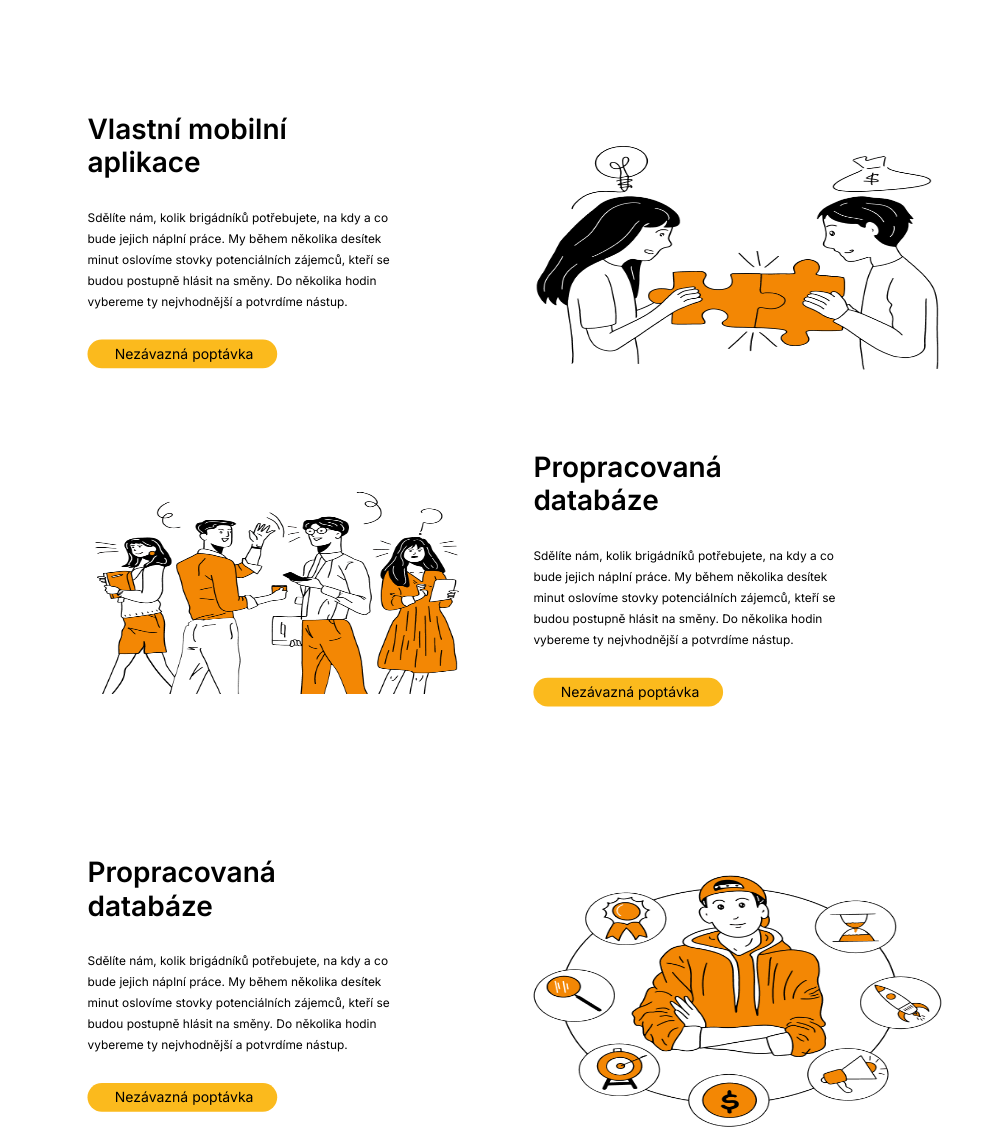
Repository: bilday08/bilday08.github.io
Page: page2.html
The author's editor kept a copy of each file at every save. The page is drawn from the files as they stood at one save, then again after the next save.
The browser window is 1280 px wide. The page is 1440 px wide, so the pictures cover 1440 px, including what lies to the right of the window. The pictures show the part of the page from y = 1393 to 3113 px (the page is 3003 px tall before and 3113 px after), at 70% of full size.

Above is the page before, as saved 2022-10-16 01:08:44.

### page2.html
<!DOCTYPE html>
<html>
<head>
    <meta charset= utf-8 />
    <meta http-equiv="X-UA-Compatible" content="IE=edge">
    <meta name="viewport" content="width=device-width, initial-scale=1.0">
    <link href="./reset.css" rel="stylesheet"/>
    <link href="./style2.css" rel="stylesheet"/>
    <link href="./responsive2.css" rel="stylesheet"/>
    <link
    rel="stylesheet"
    href="https://cdnjs.cloudflare.com/ajax/libs/font-awesome/6.2.0/css/all.min.css"
    integrity="sha512-xh6O/CkQoPOWDdYTDqeRdPCVd1SpvCA9XXcUnZS2FmJNp1coAFzvtCN9BmamE+4aHK8yyUHUSCcJHgXloTyT2A=="
    crossorigin="anonymous"
    referrerpolicy="no-referrer" />
    <title>aulinks2</title>
    <link rel="preconnect" href="https://fonts.googleapis.com">
    <link rel="preconnect" href="https://fonts.gstatic.com" crossorigin>
    <link href="https://fonts.googleapis.com/css2?family=Inter:wght@400;600;700;900&display=swap" rel="stylesheet">
    <link
    href="https://cdn.jsdelivr.net/npm/bootstrap@5.2.2/dist/css/bootstrap.min.css"
    rel="stylesheet"
    integrity="sha384-Zenh87qX5JnK2Jl0vWa8Ck2rdkQ2Bzep5IDxbcnCeuOxjzrPF/et3URy9Bv1WTRi"
    crossorigin="anonymous">
    <link
    href="https://cdn.jsdelivr.net/npm/bootstrap@5.2.2/dist/css/bootstrap.min.css"
    rel="stylesheet"
    integrity="sha384-Zenh87qX5JnK2Jl0vWa8Ck2rdkQ2Bzep5IDxbcnCeuOxjzrPF/et3URy9Bv1WTRi"
    crossorigin="anonymous">
</head>
<body>
    <div class="wrapper">
        <herder class="herder">
            <div class="container-top">
                <img srcset="./images/logo.png 2x" alt="#" class="herder-log"/>
                <div class="herder-log--2">
                    <img src="./images/Aulinks.png" alt="#" class="herder-log--line"/>
                    <img src="./images/Menu Rounded.png" alt="#" class="herder-log-menu">
                </div>
                <div class="herder-images">
                    <img src="./images/1.png" alt="#" class="herder-images--contact"/>
                </div>
                <div class="herder-phone">
                    <span class="herder-phone--text">Zavolejte nám:</span>
                    <span class="herder-phone--number">+420 607 205 862</span>
                </div>
                <div class="herder-button">
                    <a href="#" class="herder-button--brand">Zavolejte nám:</a>
                </div>
                <div class="herder-button--bottom">
                    <a href="#" class="herder-button--bottom1">O nas</a>
                    <a href="#" class="herder-button--bottom2">Naši partneři</a>
                    <a href="#" class="herder-button--bottom3">Služby</a>
                    <a href="#" class="herder-button--bottom4">Kontakty</a>
                </div>
                <div class="container-center">
                    <h1 class="herder-background--content1">Pracovití brigádníci do druhého dne</h1>
                    <p class="herder-background--content2">
                    Sdělíte nám, kolik brigádníků potřebujete, na kdy a co bude jejich náplní práce.
                    My během několika desítek minut oslovíme stovky potenciálních zájemců, kteří se
                    budou postupně hlásit na směny. Do několika hodin vybereme ty nejvhodnější a potvrdíme nástup.
                    </p>
                    <div class="herder-background--button">
                        <a href="#" class="herder-backgroud--button1">Nezávazná poptávka</a>
                    </div>
                    <div class="container-top--center">
                        <img src="./images/page2(1).png" alt="#" class="herder-images--top_center"/>
                    </div>
                <div class="center-button">
                    <a href="#" class="center-button--white">
                        <div class="center-button--first">
                            <span class="center-button--first1">150+</span>
                            <span class="center-button--first2">Nástupů denně</span>
                        </div>
                        <div class="center-button--second">
                            <span class="center-button--second1">>30%</span>
                            <span class="center-button--second2">Fluktuace</span>
                        </div>
                        <div class="center-button--third">
                            <span class="center-button--third1">13</span>
                            <span class="center-button--third2">Měst</span>
                        </div>
                    </a>
                </div>
        </herder>
        <main>
            <section class="service">
                <div class="container-fluid">
                    <div class="service-item">
                        <div class="service-content">
                            <h2 class="global-heading">Vlastní mobilní aplikace</h2>
                            <div class="global-text">
                                Sdělíte nám, kolik brigádníků potřebujete, na kdy a co bude jejich náplní práce.
                                My během několika desítek minut oslovíme stovky potenciálních zájemců,
                                kteří se budou postupně hlásit na směny. Do několika hodin vybereme ty nejvhodnější
                                a potvrdíme nástup.
                            </div>
                            <a href="#" class="service-button--first">Nezávazná poptávka</a>
                            <div class="service-images">
                                <img src="./images/page2(2).png" alt="#" class="service-images--first"/>
                            </div>
                        </div>
                    </div>
                    <div class="service-item2">
                        <div class="service-content2">
                            <div class="service-images">
                                <img src="./images/page2(3).png" alt="#" class="service-images--sencond"/>
                            </div>
                            <h2 class="global-heading2">Propracovaná databáze</h2>
                            <div class="global-text2">
                                Sdělíte nám, kolik brigádníků potřebujete, na kdy a co bude jejich náplní práce.
                                My během několika desítek minut oslovíme stovky potenciálních zájemců,
                                kteří se budou postupně hlásit na směny. Do několika hodin vybereme ty nejvhodnější
                                a potvrdíme nástup.
                            </div>
                            <a href="#" class="service-button--second">Nezávazná poptávka</a>
                        </div>
                    </div>
                    <div class="service-item3">
                        <div class="service-content">
                            <h2 class="global-heading">Propracovaná databáze</h2>
                            <div class="global-text">
                                Sdělíte nám, kolik brigádníků potřebujete, na kdy a co bude jejich náplní práce.
                                My během několika desítek minut oslovíme stovky potenciálních zájemců,
                                kteří se budou postupně hlásit na směny. Do několika hodin vybereme ty nejvhodnější
                                a potvrdíme nástup.
                            </div>
                            <a href="#" class="service-button--first">Nezávazná poptávka</a>
                            <div class="service-images">
                                <img src="images/page2(4).png" alt="#" class="service-images--first"/>
                            </div>
                        </div>
                    </div>
                </div>
<script
src="https://cdn.jsdelivr.net/npm/@popperjs/core@2.11.6/dist/umd/popper.min.js"
integrity="sha384-oBqDVmMz9ATKxIep9tiCxS/Z9fNfEXiDAYTujMAeBAsjFuCZSmKbSSUnQlmh/jp3"
crossorigin="anonymous"></script>
<script
src="https://cdn.jsdelivr.net/npm/bootstrap@5.2.2/dist/js/bootstrap.min.js"
integrity="sha384-IDwe1+LCz02ROU9k972gdyvl+AESN10+x7tBKgc9I5HFtuNz0wWnPclzo6p9vxnk"
crossorigin="anonymous"></script>
</body>
</html>

### style2.css
*{
    box-sizing: border-box;
    font-family: 'Inter', sans-serif;
    margin: 0;
    padding: 0;
}
.wrapper{
    max-width: 1440px;
}
  /*hedder*/
.container-top{
    max-width: 1440px;
    height: 410px;
    background-image: url(./images/Rectangle\ 8\ \(7\).png);
    background-repeat: no-repeat;
    background-size: auto;
    position: absolute;
}
.herder-log{
    position: absolute;
    width: 78px;
    height: 71px;
    margin-top: 60px;
    margin-left: 114px;
}
.herder-log--line{
    width: 130px;
    height: 30px;
    margin-left: 192px;
    margin-top: 91px;
}
.herder-log-menu{
    width: 30px;
    height: 30px;
    display: none;
}
.herder-images--contact{
    width: 308.12px;
    height: 81.11px;
    margin-left: 407px;
    margin-top: -50px;
}
.herder-phone--text{
    display: block;
    width: 145px;
    height: 30px;
    font-weight: 400;
    font-size: 20px;
    line-height: 24px;
    color: black;
    margin-left: 807px;
    margin-top: -79px;
    margin-right: 491px;
}
.herder-phone--number{
    display: block;
    width: 185px;
    height: 24px;
    font-weight: 700;
    font-size: 20px;
    line-height: 24px;
    color: #FBBA1D;
    margin: 4px 455px 0 800px;
}
.herder-button--brand{
   text-align: center;
   text-decoration: none;
   padding: 8px 39px;
   color: black;
   background-color: #FBBA1D;
   width: 223px;
   height: 41px;
   font-weight: 400;
   font-size: 20px;
   line-height: 24px;
   border-radius: 30px;
   margin-top: -39px;
   margin-left: 1070px;
   display: block;
}
.herder-button--bottom1{
   text-decoration: none;
   text-align: center;
   display: block;
   color: black;
   background-color: white;
   padding: 7px 35px;
   width: 130px;
   height: 40px;
   font-weight: 400;
   font-size: 20px;
   line-height: 24px;
   border-radius: 30px;
   border: 1px solid #000000;
   margin-top: 60px;
   margin-left: 114px;
}
.herder-button--bottom2{
   text-decoration: none;
   text-align: center;
   display: block;
   color: black;
   background-color: white;
   padding: 7px 35px;
   width: 190px;
   height: 40px;
   font-weight: 400;
   font-size: 20px;
   line-height: 24px;
   border-radius: 30px;
   border: 1px solid #000000;
   margin-top: -40px;
   margin-left: 264px;
   white-space: nowrap;
}
.herder-button--bottom3{
   text-decoration: none;
   text-align: center;
   display: block;
   color: black;
   background-color: #FBBA1D;
   padding: 7px 35px;
   width: 135px;
   height: 40px;
   font-weight: 400;
   font-size: 20px;
   line-height: 24px;
   border-radius: 30px;
   border: 1px solid #000000;
   margin-top: -40px;
   margin-left: 474px;
}
.herder-button--bottom4{
   text-decoration: none;
   text-align: center;
   display: block;
   color: black;
   background-color: white;
   padding: 7px 35px;
   width: 150px;
   height: 40px;
   font-weight: 400;
   font-size: 20px;
   line-height: 24px;
   border-radius: 30px;
   border: 1px solid #000000;
   margin-top: -40px;
   margin-left: 624px;
}
.container-center{
    position: absolute;
    width: 1440px;
}
.herder-background--content1{
    width: 427px;
    height: 95px;
    font-weight: 600;
    font-size: 40px;
    line-height: 48px;
    color: #000000;
    margin-left: 113px;
    margin-top: 349px;
}
.herder-background--content2{
    width: 535px;
    height: 120px;
    font-weight: 400;
    font-size: 17px;
    line-height: 30px;
    color: #000000;
    margin-top: 28px;
    margin-left: 113px;
}
.herder-backgroud--button1{
   text-decoration: none;
   text-align: center;
   display: block;
   padding: 8px 39px;
   color: black;
   background-color: #FBBA1D;
   width: 271px;
   height: 41px;
   font-weight: 400;
   font-size: 20px;
   line-height: 24px;
   border-radius: 30px;
   margin-top: 43px;
   margin-left: 113px;
   white-space: nowrap;
}
.herder-images--top_center{
    max-width: 100%;
    height: auto;
    margin-left: 807px;
    margin-top: -349px;
    margin-bottom: 100px;
}
.center-button--white{
    text-decoration: none;
    max-width: 1093px;
    height: 313px;
    background-color:#FFFFFF;
    border-radius: 81px;
    display: block;
    margin-top: 165px;
    margin-left: 162px;
    margin-right: 185px;
    padding-top: 78px;
    border: 1px solid rgba(0, 0, 0, 0.64);
}
.center-button--first1{
    display: block;
    font-weight: 600;
    font-size: 100px;
    line-height: 121px;
    color: #646464;
    margin-left: 49px;
}
.center-button--first2{
    width: 240px;
    height: 33px;
    display: block;
    font-weight: 400;
    font-size: 30px;
    line-height: 30px;
    color: #000000;
    margin-left: 62px;
    margin-bottom: 78px;
}
.center-button--second1{
    width: 224px;
    height: 124px;
    font-style: normal;
    font-weight: 600;
    font-size: 100px;
    line-height: 121px;
    color: #646464;
    margin-left: 437px;
    margin-top: -235px;
    display: block;
}
.center-button--second2{
    display: block;
    position: absolute;
    font-style: normal;
    font-weight: 400;
    font-size: 30px;
    line-height: 30px;
    color: black;
    margin-left: 515px;
    margin-bottom: 78px;
}
.center-button--third1{
    display: block;
    font-weight: 600;
    font-size: 100px;
    line-height: 121px;
    color: #646464;
    margin-left: 838px;
    margin-top: -127px;
}
.center-button--third2{
    display: block;
    position: absolute;
    font-style: normal;
    font-weight: 400;
    font-size: 30px;
    line-height: 30px;
    color: black;
    margin-left: 868px;
    margin-top: 6px;
}
.global-heading{
    max-width: 418px;
    height: 95px;
    font-weight: 600;
    font-size: 40px;
    line-height: 48px;
    color: #000000;
    margin-top: 277px;
    margin-left: 113px;
}
.global-text{
    font-weight: 400;
    font-size: 17px;
    line-height: 30px;
    color: #000000;
    max-width: 432px;
    height: 189px;
    margin-left: 113px;
    margin-top: 41px;
}
.service-button--first{
    text-decoration: none;
    text-align: center;
    display: block;
    padding: 8px 39px;
    color: black;
    background-color: #FBBA1D;
    width: 271px;
    height: 41px;
    font-weight: 400;
    font-size: 20px;
    line-height: 24px;
    border-radius: 30px;
    white-space: nowrap;
    margin-left: 113px;
}
.service-images--first{
    width: 517px;
    height: 516px;
    display: block;
    margin-top: -448px;
    margin-left: 789px;
}
.service-images--sencond{
    width: 517px;
    height: 516px;
    display: block;
    margin-top: 234px;
    margin-left: 113px;
}
.global-heading2{
    max-width: 418px;
    height: 95px;
    font-weight: 600;
    font-size: 40px;
    line-height: 48px;
    color: #000000;
    margin-top: -450px;
    margin-left: 831px;
}
.global-text2{
    font-weight: 400;
    font-size: 17px;
    line-height: 30px;
    color: #000000;
    max-width: 432px;
    height: 189px;
    margin-left: 831px;
    margin-top: 41px;
}
.service-button--second{
    text-decoration: none;
    text-align: center;
    display: block;
    padding: 8px 39px;
    color: black;
    background-color: #FBBA1D;
    width: 271px;
    height: 41px;
    font-weight: 400;
    font-size: 20px;
    line-height: 24px;
    border-radius: 30px;
    white-space: nowrap;
    margin-left: 831px;
}

Loaded but not shown: reset.css (common file); responsive2.css (746 lines, source omitted)

After the next save:
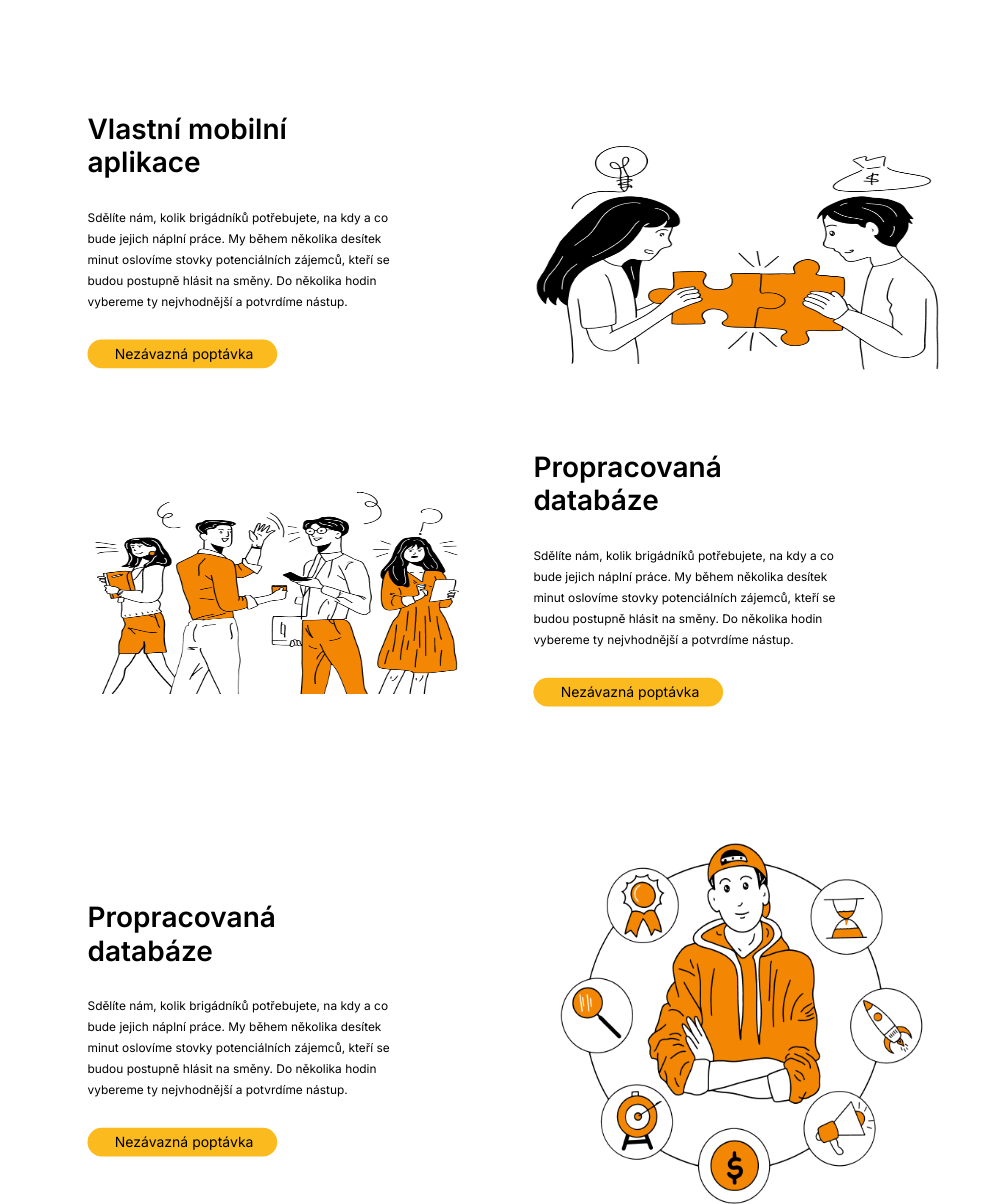
Saved 4 min 34 s later.
--- a/page2.html
+++ b/page2.html
@@ -117,17 +117,17 @@
                         </div>
                     </div>
                     <div class="service-item3">
-                        <div class="service-content">
-                            <h2 class="global-heading">Propracovaná databáze</h2>
-                            <div class="global-text">
+                        <div class="service-content3">
+                            <h2 class="global-heading3">Propracovaná databáze</h2>
+                            <div class="global-text3">
                                 Sdělíte nám, kolik brigádníků potřebujete, na kdy a co bude jejich náplní práce.
                                 My během několika desítek minut oslovíme stovky potenciálních zájemců,
                                 kteří se budou postupně hlásit na směny. Do několika hodin vybereme ty nejvhodnější
                                 a potvrdíme nástup.
                             </div>
-                            <a href="#" class="service-button--first">Nezávazná poptávka</a>
+                            <a href="#" class="service-button--first3">Nezávazná poptávka</a>
                             <div class="service-images">
-                                <img src="images/page2(4).png" alt="#" class="service-images--first"/>
+                                <img src="images/page2(4).png" alt="#" class="service-images--first3"/>
                             </div>
                         </div>
                     </div>
--- a/style2.css
+++ b/style2.css
@@ -313,6 +313,49 @@
     margin-top: -448px;
     margin-left: 789px;
 }
+.global-heading3{
+    max-width: 418px;
+    height: 95px;
+    font-weight: 600;
+    font-size: 40px;
+    line-height: 48px;
+    color: #000000;
+    margin-top: 277px;
+    margin-left: 113px;
+}
+.global-text3{
+    font-weight: 400;
+    font-size: 17px;
+    line-height: 30px;
+    color: #000000;
+    max-width: 432px;
+    height: 189px;
+    margin-left: 113px;
+    margin-top: 41px;
+}
+.service-button--first3{
+    text-decoration: none;
+    text-align: center;
+    display: block;
+    padding: 8px 39px;
+    color: black;
+    background-color: #FBBA1D;
+    width: 271px;
+    height: 41px;
+    font-weight: 400;
+    font-size: 20px;
+    line-height: 24px;
+    border-radius: 30px;
+    white-space: nowrap;
+    margin-left: 113px;
+}
+.service-images--first3{
+    width: 517px;
+    height: 516px;
+    display: block;
+    margin-top: -448px;
+    margin-left: 789px;
+}
 .service-images--sencond{
     width: 517px;
     height: 516px;
